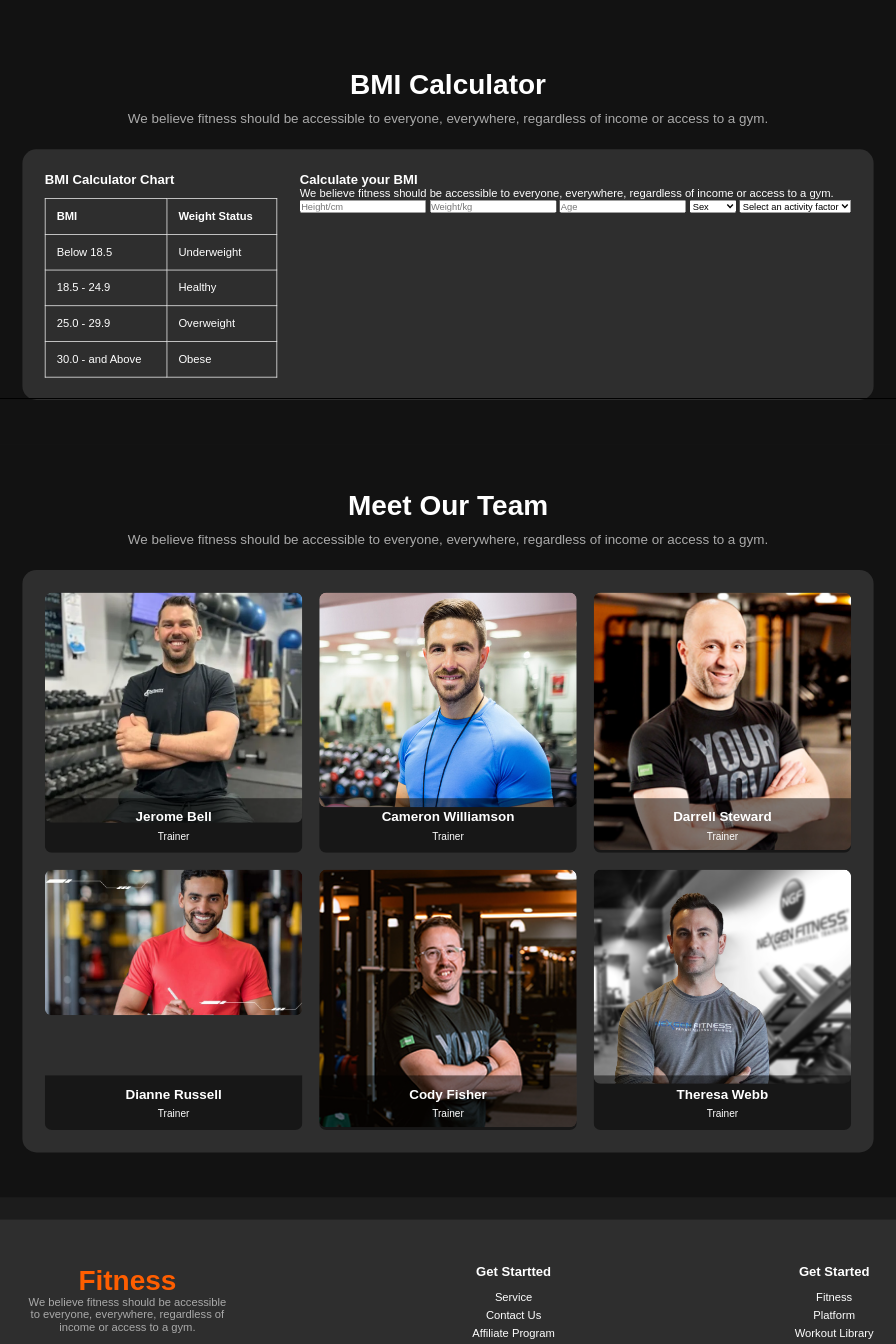
Repository: Aminul-Islam85/Assignment-2
Page: index.html
An editor plug-in stored every save of this project. The page is shown before and after the next save, followed by the edit.
The browser window is 1280 px wide. The pictures show the part of the page from y = 2335 to 4255 px (the page is 4415 px tall before and 4546 px after), at 70% of full size.

Above is the page before, as saved 2024-10-23 18:55:53.

### index.html
<!DOCTYPE html>
<html lang="en">
<head>
    <meta charset="UTF-8">
    <meta name="viewport" content="width=device-width, initial-scale=1.0">
    <title>Fitness Website</title>
    <link rel="stylesheet" href="styles.css">
</head>
<body>

    <nav class="navbar">
        <h1 class="heading-text">Fitness</h1>
        <ul class="nav-links">
            <li><a href="#">Home</a></li>
            <li><a href="#">Service</a></li>
            <li><a href="#">Contact</a></li>
            <li><a href="#">About</a></li>
        </ul>
        <div class="hamburger">
            <span></span>
            <span></span>
            <span></span>
        </div>
    </nav>

    <section class="hero">
        <div class="hero-content">
            <h1>Get Body in <span class="highlighted">shape</span> & stay healthy</h1>
            <p>A huge selection of health and fitness content, healthy recipes and transformation stories to help you get fit and stay fit!</p>
            <div class="hero-buttons">
                <button class="cta-btn join-btn"> Join Club Now</button>
                <button class="cta-btn download-btn">Download App</button>
            </div>
        </div>
        <div class="hero-image">
            <img src="images/image 5.png" alt="Trainer">
        </div>

        <div class="info-card workout-card">500+<br>Free Workout Videos</div>
        <div class="info-card tutorial-card">350+<br>Video Tutorials</div>
    </section>

    <section class="habits">
        <h1>Change Your Habits</h1>
        <p>We believe fitness should be accessible to everyone, everywhere, regardless of income or access to a gym.</p>
        <div class="habits-gallery">
            <div class="habit-item">
                <img src="images/image 3.png" alt="Movement">
                <h3>Movement</h3>
                <p>We believe fitness should be accessible to everyone</p>
            </div>
            <div class="habit-item">
                <img src="images/image 2.png" alt="Time">
                <h3>Time</h3>
                <p>We believe fitness should be accessible to everyone</p>
            </div>
            <div class="habit-item">
                <img src="images/image 4.png" alt="Practice">
                <h3>Practices</h3>
                <p>We believe fitness should be accessible to everyone</p>
            </div>
            <div class="habit-item">
                <img src="images/image 5.png" alt="Wait Loss">
                <h3>Weight Loss</h3>
                <p>We believe fitness should be accessible to everyone</p>
            </div>
        </div>

    </section>

    <section class="extra-mile">
        <div class="extra-mile-content">
            <h2>Run an Extra Mile Easily</h2>
            <p>We believe fitness should be accessible to everyone, everywhere, regardless of income or access to a gym. With hundreds of professional workouts.</p>
            <button class="cta-btn extra-mile-btn">Join NOW</button>
        </div>
        <div class="extra-mile-image">
            <img src="images/run.jpg" alt="Run Image">
        </div>
    </section>

    <section class="trainings-exercises">
        <h2>Trainings and Exercises</h2>
        <p>We believe fitness should be accessible to everyone, everywhere, regardless of income or access to a gym.</p>
        <div class="exercise-gallery">
            <div class="exercise-item">
                <img src="images/exercise1.jpg" alt="Exercise-1">
                <div class="exercise-overlay">
                    <p>Lorem Ipsum</p>
                </div>

            </div>
            <div class="exercise-item">
                <img src="images/exercise2.png" alt="Exercise-2">
                <div class="exercise-overlay">
                    <p>Lorem Ipsum</p>
                </div>
            </div>
            <div class="exercise-item">
                <img src="images/exercise3.png" alt="Exercise-3">
                <div class="exercise-overlay">
                    <p>Lorem Ipsum</p>
                </div>
            </div>
            <div class="exercise-item">
                <img src="images/exercise4.png" alt="Exercise-4">
                <div class="exercise-overlay">
                    <p>Lorem Ipsum</p>
                </div>
            </div>
            <div class="exercise-item">
                <img src="images/exercise5.jpg" alt="Exercise-5">
                <div class="exercise-overlay">
                    <p>Lorem Ipsum</p>
                </div>
            </div>
            <div class="exercise-item">
                <img src="images/run.jpg" alt="">
                <div class="exercise-overlay">
                    <p>Lorem Ipsum</p>
                </div>
            </div>
        </div>
    </section>

    <section class="bmi-calculator">
        <div class="bmi-title">
            <h2>BMI Calculator</h2>
            <p>We believe fitness should be accessible to everyone, everywhere, regardless of income or access to a gym.</p>
        </div>
        <div class="bmi-content">
            <div class="bmi-chart">
                <h3>BMI Calculator Chart</h3>
                <table>
                    <thead>
                        <tr>
                            <th>BMI</th>
                            <th>Weight Status</th>
                        </tr>
                    </thead>
                    <tbody>
                        <tr>
                            <td>Below 18.5</td>
                            <td>Underweight</td>
                        </tr>
                        <tr>
                            <td>18.5 - 24.9</td>
                            <td>Healthy</td>
                        </tr>
                        <tr>
                            <td>25.0 - 29.9</td>
                            <td>Overweight</td>
                        </tr>
                        <tr>
                            <td>30.0 - and Above</td>
                            <td>Obese</td>
                        </tr>
                    </tbody>
                </table>
            </div>

            <div>
                <h3>Calculate your BMI</h3>
                <p>We believe fitness should be accessible to everyone, everywhere, regardless of income or access to a gym.</p>
                <form>
                    <input type="text" placeholder="Height/cm">
                    <input type="text" placeholder="Weight/kg">
                    <input type="text" placeholder="Age">
                    <select>
                        <option value="">Sex</option>
                        <option value="">Male</option>
                        <option value="">Female</option>
                    </select>
                    <select>
                        <option value="">Select an activity factor</option>
                        <option value="">Sedentary</option>
                        <option value="">Lightly active</option>
                        <option value="">Moderatly active</option>
                        <option value="">Very active</option>
                    </select>
                </form>
            </div>
        </div>
    </section>

    <section class="team-selection">
        <div class="team-title">
            <h2>Meet Our Team</h2>
            <p>We believe fitness should be accessible to everyone, everywhere, regardless of income or access to a gym.</p>
        </div>
        <div class="team-content">
            <div class="team-member">
                <img src="images/trainer1.png" alt="Jerome Bell">
                <div class="team-overlay">
                    <h3>Jerome Bell</h3>
                    <p>Trainer</p>
                </div>
            </div>
            <div class="team-member">
                <img src="images/trainer2.png" alt="Cameron Williamson">
                <div class="team-overlay">
                    <h3>Cameron Williamson</h3>
                    <p>Trainer</p>
                </div>
            </div>
            <div class="team-member">
                <img src="images/trainer3.png" alt="Darrell Steward">
                <div class="team-overlay">
                    <h3>Darrell Steward</h3>
                    <p>Trainer</p>
                </div>
            </div>
            <div class="team-member">
                <img src="images/trainer4.png" alt="Dianne Russell">
                <div class="team-overlay">
                    <h3>Dianne Russell</h3>
                    <p>Trainer</p>
                </div>
            </div>
            <div class="team-member">
                <img src="images/trainer5.png" alt="Cody Fisher">
                <div class="team-overlay">
                    <h3>Cody Fisher</h3>
                    <p>Trainer</p>
                </div>
            </div>
            <div class="team-member">
                <img src="images/trainer6.png" alt="Theresa Webb">
                <div class="team-overlay">
                    <h3>Theresa Webb</h3>
                    <p>Trainer</p>
                </div>
            </div>
        </div>
    </section>

    <footer class="footer-section">
        <div class="footer-content">
            <div class="footer-brand">
                <h2 class="footer-logo">Fitness</h2>
                <p>We believe fitness should be accessible to everyone, everywhere, regardless of income or access to a gym.</p>
            </div>
            <div class="footer-links">
                <h3>Get Startted</h3>
                <ul>
                    <li><a href="#">Service</a></li>
                    <li><a href="#">Contact Us</a></li>
                    <li><a href="#">Affiliate Program</a></li>
                    <li><a href="#">About Us</a></li>
                </ul>

            </div>
            <div class="footer-links">
                <h3>Get Started</h3>
                <ul>
                    <li><a href="#">Fitness</a></li>
                    <li><a href="#">Platform</a></li>
                    <li><a href="#">Workout Library</a></li>
                    <li><a href="#">App Design</a></li>
                </ul>
            </div>
        </div>
        <div class="footer-bottom">
            <p>All right reserved &copy; Fitness 2024</p>

        </div>
    </footer>
</body>
</html>

### styles.css
/*Global Styles*/
* {
    margin: 0;
    padding: 0;
    box-sizing: border-box;
}

body {
    font-family: 'Arial', sans-serif;
    background-color:#1c1c1c;
    color: #fff;
}

/*Navbar*/
.navbar {
    display: flex;
    justify-content: space-between;
    align-items: center;
    padding: 1rem 2rem;
    background-color: transparent;
}

.heading-text {
    font-size: 1.5rem;
    color: #ff5e00;
}

/*nav-link hidden in moble*/
.nav-links {
    list-style: none;
    display: flex;
    gap: 2rem;
}

.nav-links a {
    color: #fff;
    text-decoration: none;
    font-size: 1rem;
}

/*Hamburger menu hidden in desktop*/
.hamburger {
    display: none;
    flex-direction: column;
    cursor: pointer;
}

.hamburger span {
    width: 25px;
    height: 3px;
    background-color: #fff;
    margin: 4px;
    transition: 0.3s;
}

/*responsiveness*/

@media (max-width: 768px) {
    .nav-links {
        display: none;
    }
    .hamburger {
        display: flex;
    }
    /*hamburger clicked show nav-links*/
    .navbar.active .nav-links {
        display: flex;
        flex-direction: column;
        position: absolute;
        top: 60px;
        right: 0;
        background-color: #121212;
        width: 100%;
        height: auto;
        text-align: center;
        padding: 1rem 0;
    }
    .nav-links li {
        margin: 1rem 0;
    }
}

/* Hero section*/
.hero {
    display: flex;
    justify-content: space-between;
    align-items: center;
    padding: 4rem 2rem;
    background-color: #121212;
    position: relative;
}
.hero-content {
    max-width: 50%;
}

.hero h1 {
    font-size: 3rem;
    line-height: 1.2;
    margin-bottom: 1rem;
}

.hero .highlighted {
    font-style: italic;
    font-weight: 700;
    color: #ff5e00;
}

.hero p {
    font-size: 1.2rem;
    margin-bottom: 2rem;
}

.hero-buttons {
    display: flex;
    gap: 1rem;
}

.cta-btn {
    padding: 1rem 2rem;
    font-size: 1rem;
    border: none;
    border-radius: 5px;
    cursor: pointer;
}

.join-btn {
    background-color: #ff5e00;
    color: #fff;
}

.download-btn {
    background-color: transparent;
    border: 2px solid #fff;
    color: #fff;

}

.hero-image img {
    max-width: 100%;
    height: auto;
}

/*Info Cards*/
.info-card {
    position: absolute;
    background-color: #2e2e2e;
    color: white;
    border-radius: 8px;
    padding: 1re 1.5rem;
    font-size: 1.2rem;
    font-weight: bold;
    text-align: center;
}

.workout-card {
    top: 30%;
    right: 10%;
}

.tutorial-card {
    top: 60%;
    left: 55%;
}

/*Hero reponsive for mobile*/
@media (max-width: 768px) {
.hero {
    flex-direction: column;
    text-align: center;
}
.hero-content {
    max-width: 100%;
    margin-bottom: 2rem;
}
.hero-image img {
    max-width: 100%;
    height: auto;
}
.info-card {
    font-size: 1rem;
    padding: 0.75rem 1 rem;
    position: relative;
    margin: 1rem auto;
    width: auto;
}
.workout-card, .tutorial-card {
    top: auto;
    left: auto;
    right: auto;
    transform: none;
    margin-bottom: 1rem;
 }
}

/*Hero Buttons on mobile*/
@media (max-width:480px) {
    .hero-buttons {
        flex-direction: column;
        gap: 1rem;
    }
    .cta-btn {
        width: 100%;
    }
}

/*Change habit section*/
.habits {
    padding: 4rem 2rem;
    text-align: center;
    background-color: #121212;
}

.habits h2 {
    font-size: 2.5rem;
    margin-bottom: 1rem;
}

.habits p {
    font-size: 1.2rem;
    margin-bottom: 2rem;
}

.habits-gallery {
    display: flex;
    justify-content: space-around;
    align-items: center;
    flex-wrap: wrap;
    gap: 2rem;
}

.habit-item {
    text-align: center;
    max-width: 200px;
}

.habit-item img {
    width: 100px;
    height: 100px;
    border-radius: 50%;
    margin-bottom: 1rem;
}

.habit-item h3 {
    font-size: 1.5rem;
    margin-bottom: 0.5rem;
}
.habit-item p {
    font-size: 1rem;
    color: #aaa;
}

/*Extra mile section*/
.extra-mile {
    display: flex;
    justify-content: space-between;
    align-items: center;
    background-color: #2e2e2e;
    padding: 4rem 2rem;
    border-radius: 20px;
    margin: 4rem 0;
}

.extra-mile-content {
    max-width: 50%;
}
.extra-mile h2 {
    font-size: 2.5rem;
    margin-bottom: 1rem;
}
.extra-mile p {
    font-size: 1.2rem;
    margin-bottom: 2rem;
}
.extra-mile-btn {
    background-color: #ff5e00;
    color: white;
    border: none;
    padding: 1rem 2rem;
    border-radius: 5px;
    cursor: pointer;
}
.extra-mile-image img {
    border-radius: 10px;
    max-width: 100%;
}
/*Footer*/
footer {
    text-align: center;
    padding: 1rem;
    background-color: #333;
    color: #fff;
    margin-top: 2rem;
}
/*responsive design*/
@media (max-width: 768px) {
    .hero h1 {
        font-size: 2rem;
    }
    .hero p {
        font-size: 1rem;
    }
    .extra-mile {
        flex-direction: column;
        text-align: center;
    }
    .extra-mile-content, .extra-mile-image {
        max-width: 100%;
    }
}

@media (max-width: 480px) {
    hero h1 {
        font-size: 1.5rem;
    }
    .hero p {
        font-size: 0.9rem;
    }
}

/* Trainings and Exercise*/
.trainings-exercises {
    padding: 4rem 2rem;
    text-align: center;
    background-color: #121212;
}

.trainings-exercises h2 {
    font-size: 2.5rem;
    margin-bottom: 1rem;
}
.trainings-exercises p {
    font-size: 1.2rem;
    margin-bottom: 2rem;
    color: #aaa;
}
.exercise-gallery {
    display: grid;
    grid-template-columns: repeat(3, 1fr);
    gap: 1rem;
}
.exercise-item {
    position: relative;
}
.exercise-item img {
    width: 100%;
    height: auto;
    border-radius: 10px;
}
.exercise-overlay {
    position: absolute;
    top: 0;
    left: 0;
    width: 100%;
    height: 100%;
    background-color: rgba(0, 0, 0, 0.5);
    color: white;
    display: flex;
    justify-content: center;
    align-items: center;
    opacity: 0;
    transition: opacity 0.3s ease;
    border-radius: 10px;
}
.exercise-item:hover .exercise-overlay {
    opacity: 1;
}
.exercise-overlay p {
    font-size: 1.2rem;
    text-align: center;
}

/*BMI*/
.bmi-calculator {
    background-color: #121212;
    padding: 4rem 2rem;
}
.bmi-title {
    text-align: center;
    margin-bottom: 2rem;
}
.bmi-title h2 {
    font-size: 2.5rem;
    margin-bottom: 1rem;
    color: #fff;
}
.bmi-title p {
    font-size: 1.2rem;
    color: #aaa;
}

/*calculator*/
.bmi-content {
    display: flex;
    justify-content: space-between;
    align-items: flex-start;
    background-color: #2e2e2e;
    padding: 2rem;
    border-radius: 20px;
}
.bmi-chart {
    flex: 1;
    margin-right: 2rem;
}
.bmi-chart h3 {
    color:#fff;
    margin-bottom: 1rem;
}
.bmi-chart table {
    width: 100%;
    border-collapse: collapse;
}
.bmi-chart table th, .bmi-chart table td {
    padding: 1rem;
    text-align: left;
    border: 1px solid #fff;
    color: #fff;
}
.bmi-form {
    flex: 1;
}
.bmi-form h3 {
    color: #fff;
    margin-bottom: 1rem;
}
.bmi-form p {
    margin-bottom: 2rem;
    color: #aaa;
}
.bmi-form input, .bmi-form select {
    width: 100%;
    padding: 1rem;
    margin-bottom: 1rem;
    border-radius: 5px;
    border: none;
    background-color: #333;
    color: #fff;
}
.bmi-form select {
    cursor: pointer;
}
.bmi-form .calculate-btn {
    background-color: #ff5e00;
    color: white;
    border: none;
    padding: 1rem 2rem;
    border-radius: 5px;
    cursor: pointer;
    width: 100%;
    text-align: center;
}

/*responsiveness*/
@media (max-width: 768px) {
    .bmi-content {
        flex-direction: column;
    }
    .bmi-chart {
        margin-right: 0;
        margin-bottom: 2rem;
    }
}

/*Meet our team*/
.team-selection {
    background-color: #121212;
    padding: 4rem 2rem;
}
.team-title {
    text-align: center;
    margin-bottom: 2rem;
}
.team-title h2 {
    font-size: 2.5rem;
    margin-bottom: 1rem;
    color: #fff;
}
.team-title p {
    font-size: 1.2rem;
    color: #aaa;
}

/*Team-content*/
.team-content {
    display: grid;
    grid-template-columns: repeat(3,1fr);
    gap: 1.5rem;
    background-color: #2e2e2e;
    padding: 2rem;
    border-radius: 20px;
}
.team-member {
    position: relative;
    border-radius: 10px;
    overflow: hidden;
}
.team-member img {
    width: 100%;
    height: auto;
    border-radius: 10px;
}
.team-overlay {
    position: absolute;
    bottom: 0;
    left: 0;
    width: 100%;
    background-color: rgba(0, 0, 0, 0.5);
    color: white;
    padding: 1rem;
    text-align: center;
    transition: background-color 0.3s ease;
}
.team-member:hover .team-overlay {
    background-color: rgba(0, 0, 0, 0.7);
}
.team-overlay h3 {
    margin: 0;
    font-size: 1.2rem;
}
.team-overlay p {
    margin: 0.5rem 0 0;
    font-size: 0.9rem;
}

/*responsive design*/
@media (max-width: 768px) {
    .team.content {
        grid-template-columns: repeat(2, 1fr);
    }
}

@media (max-width: 480px) {
    .team.content {
        grid-template-columns: 1fr;
    }
}

/*footer section*/
.footer-section {
    background-color: #2e2e2e;
    padding: 4rem 2rem;
    color: #fff;
}
.footer-content {
    display: flex;
    justify-content: space-between;
    align-items: flex-start;
    margin-bottom: 2rem;
}
.footer-logo {
    font-size: 2.5rem;
    color: #ff5e00;
}
.footer-content p {
    max-width: 300px;
    color: #aaa;
}
.footer-links {
    display: flex;
    flex-direction: column;
}
.footer-links h3 {
    margin-bottom: 1rem;
}
.footer-links ul {
    list-style: none;
    padding: 0;
}
.footer-links li {
    margin-bottom: 0.5rem;
}
.footer-links a {
    color: #fff;
    text-decoration: none;
    transition: 0.3s ease;
}
.footer-links a:hover {
    color: #ff5e00;
}
.footer-bottom {
    text-align: center;
    padding-top: 1rem;
    border-top: 1px solid #444;
    color: #aaa;
}

/*rensiveness*/
@media (max-width: 768px) {
    .footer-content {
        flex-direction: column;
        text-align: center;
    }
    .footer-links {
        margin-top: 2rem;
    }
}

After the next save:
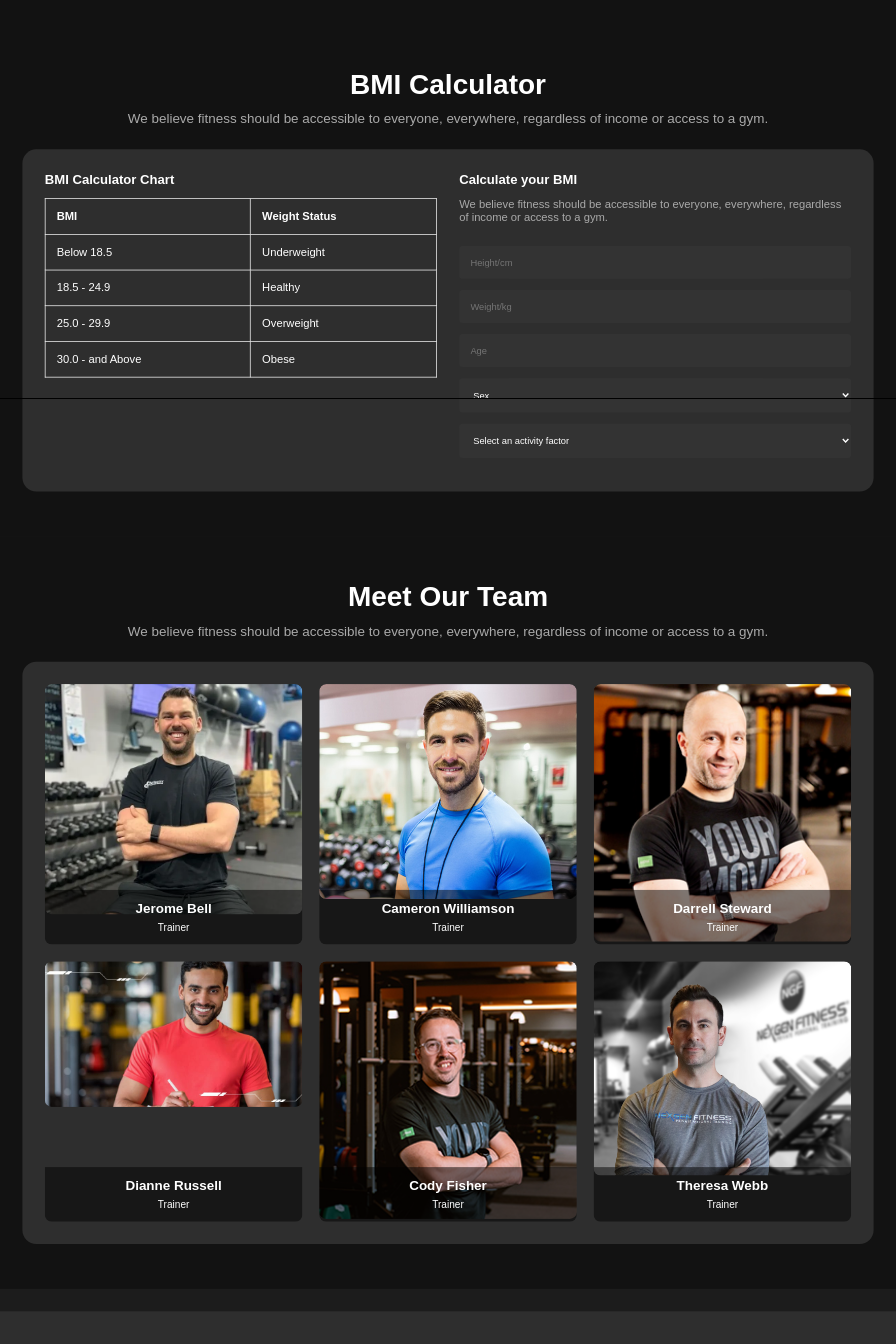
Saved 4 min 42 s later.
--- a/index.html
+++ b/index.html
@@ -159,7 +159,7 @@
                 </table>
             </div>
 
-            <div>
+            <div class="bmi-form">
                 <h3>Calculate your BMI</h3>
                 <p>We believe fitness should be accessible to everyone, everywhere, regardless of income or access to a gym.</p>
                 <form>
